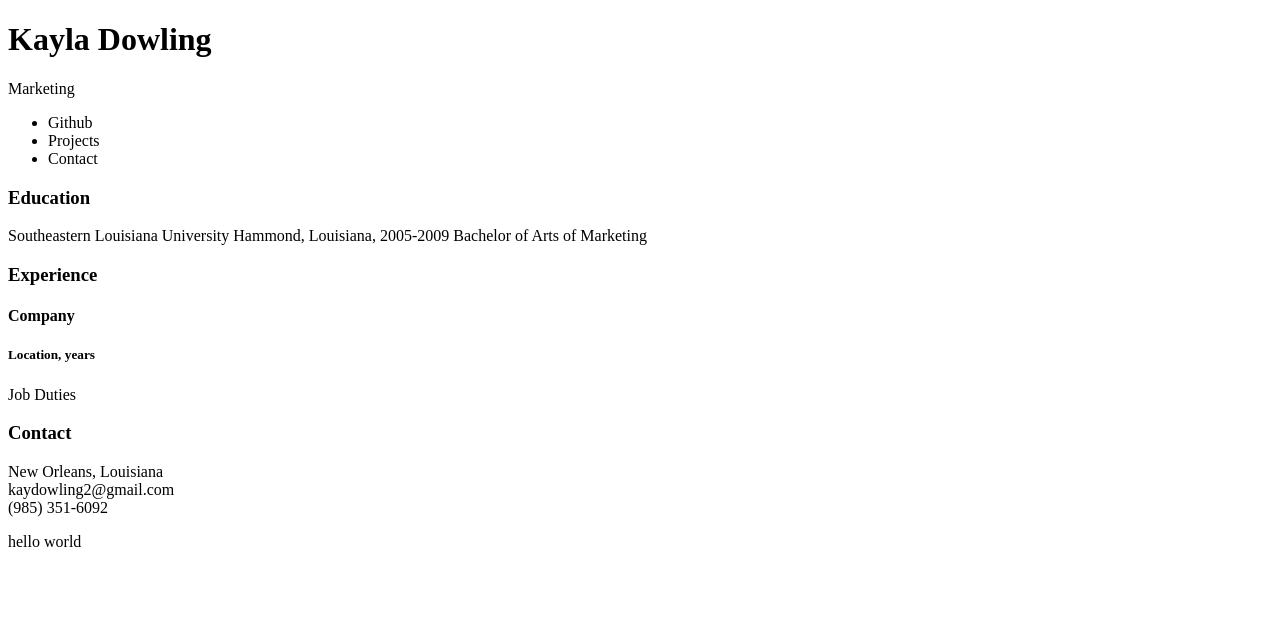
Repository: kayladowling/jekyll_website
Page: index.html
The author's editor kept a record of every edit. The page is drawn from the files as they stood at one moment, then again after the next edit.
The browser window is 1280 px wide. The pictures show the whole page.

Above is the page before.

### index.html
<!DOCTYPE html>
<html>
  <head></head>
  <body> <h1> Kayla Dowling </h1>
  <p>Marketing</p>
  <ul>
      <li>Github</li>
      <li>Projects</li>
      <li>Contact</li>

  </ul>
  <h3>Education</h3>
  <p></p>Southeastern Louisiana University
  Hammond, Louisiana, 2005-2009
 Bachelor of Arts of Marketing </p>
  <h3>Experience</h3>
  <h4>Company</h4>
  <h5>Location, years</h5>
  <p>Job Duties</p>
  <h3>Contact</h3>
 <P>New Orleans, Louisiana <br>
 kaydowling2@gmail.com <br>
 (985) 351-6092</P>

  hello world</body>
</html>

After the next edit:
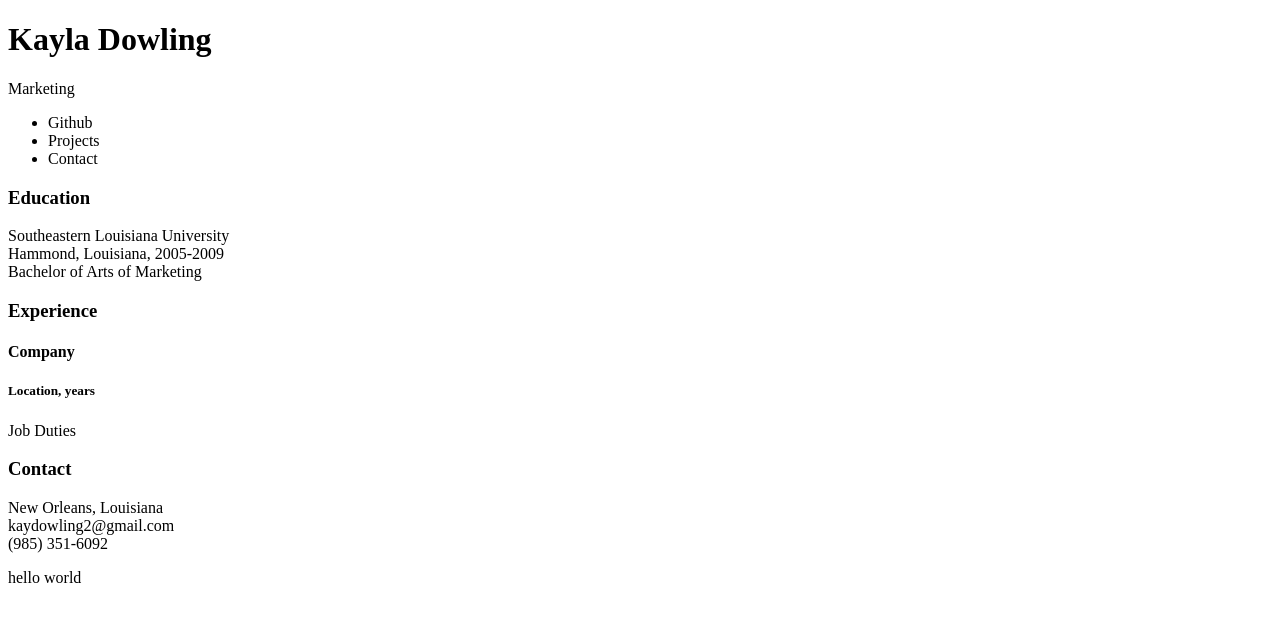
The edit:
--- a/index.html
+++ b/index.html
@@ -10,8 +10,8 @@
 
   </ul>
   <h3>Education</h3>
-  <p></p>Southeastern Louisiana University
-  Hammond, Louisiana, 2005-2009
+  <p>Southeastern Louisiana University </br>
+  Hammond, Louisiana, 2005-2009 </br>
  Bachelor of Arts of Marketing </p>
   <h3>Experience</h3>
   <h4>Company</h4>
